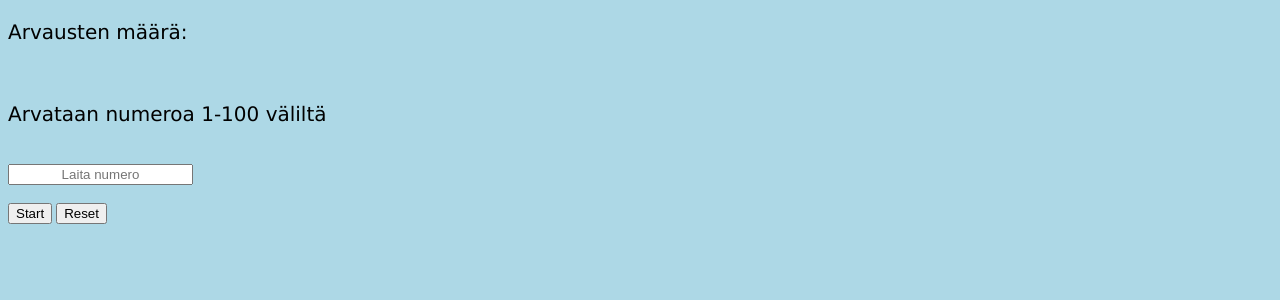
Repository: VadimZubchenko/numeronarvouspeli_JS
Page: public/index.html
An editor plug-in stored every save of this project. The page is shown before and after the next save, followed by the edit.
The browser window is 1280 px wide. The pictures show the whole page.

Above is the page before, as saved 2022-04-26 07:48:02.

After the next save:
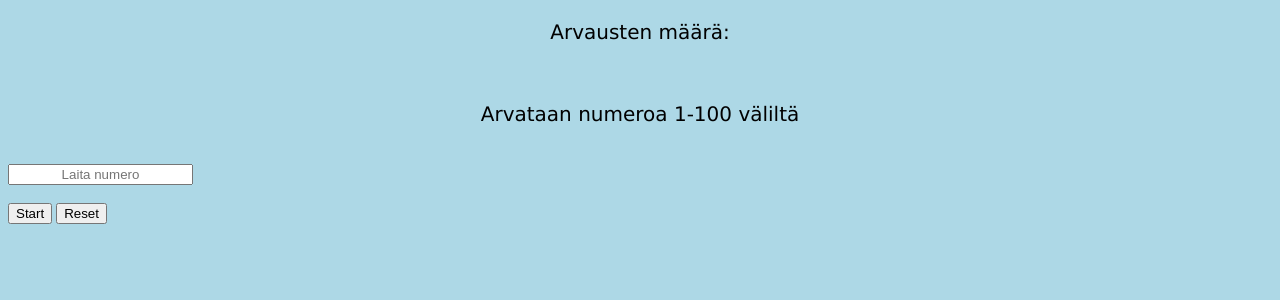
Saved 96 s later.
--- a/public/mystyle.css
+++ b/public/mystyle.css
@@ -15,7 +15,6 @@ input {
 p {
   font-family: verdana;
   font-size: 20px;
+  color: black;
+  text-align: center;
 }
-button{
-
-}
